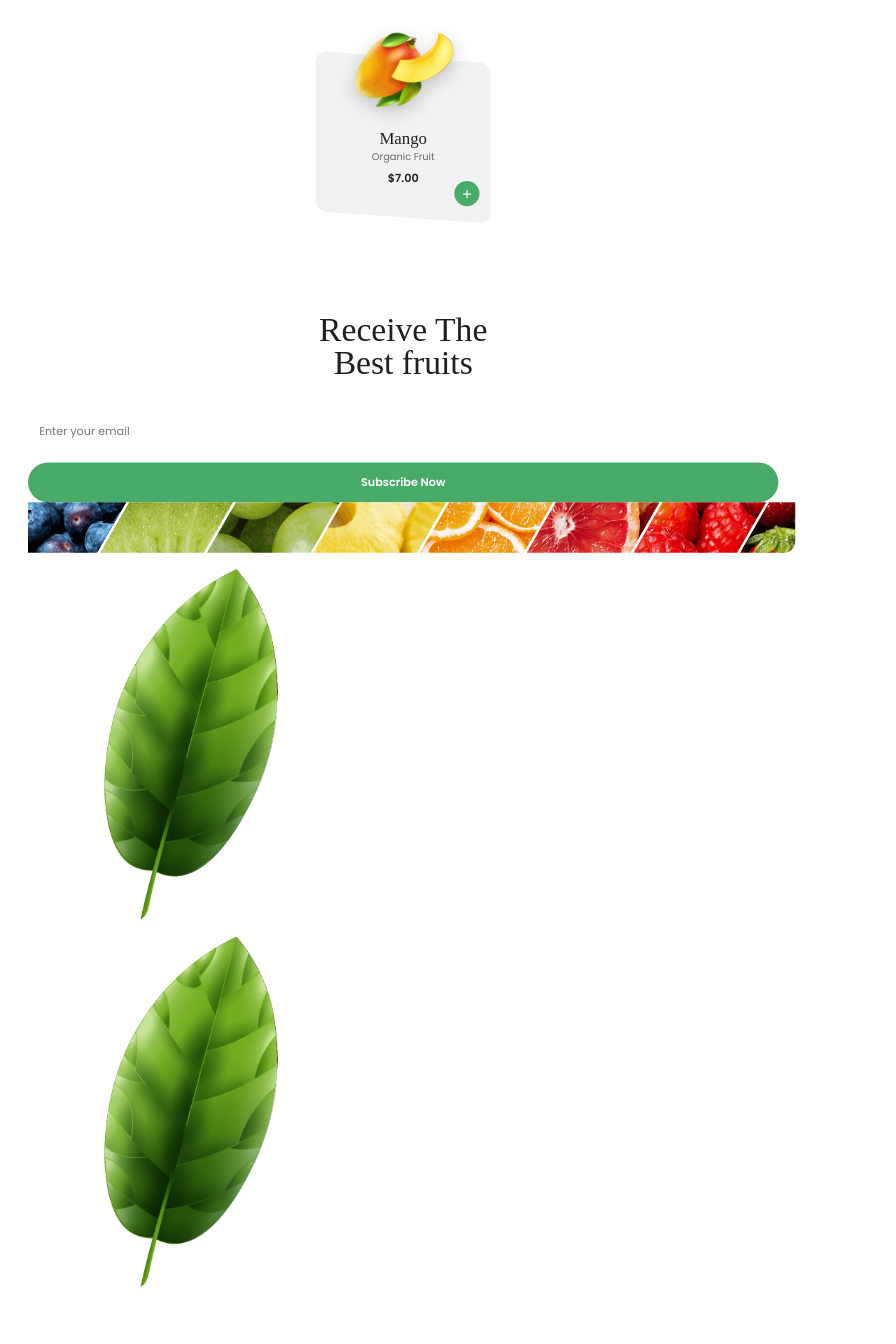
Repository: dinhhaidh/fruit
Page: index.html
The author's editor kept a copy of each file at every save. The page is drawn from the files as they stood at one save, then again after a run of saves.
The browser window is 1280 px wide. The pictures show the part of the page from y = 4181 to 6101 px (the page is 6101 px tall before and 6069 px after), at 70% of full size.
Some web fonts or font styles are not loaded; a fallback is used.

Above is the page before, as saved 2024-02-19 10:02:44.
Console error: ReferenceError: ScrollReveal is not defined

### index.html
<!DOCTYPE html>
<html lang="en">
<head>
    <meta charset="UTF-8">
    <meta name="viewport" content="width=device-width, initial-scale=1.0">

    <!--=============== FAVICON ===============-->
    <link rel="shortcut icon" href="assets/img/favicon.png" type="image/x-icon">

    <!--=============== REMIXICONS ===============-->
    <link rel="stylesheet" href="https://cdnjs.cloudflare.com/ajax/libs/remixicon/3.5.0/remixicon.css" crossorigin="">

    <!--=============== CSS ===============-->
    <link rel="stylesheet" href="./css/style.css">

    <title>Responsive fruit website - Bedimcode</title>
</head>
<body>
    <!--==================== HEADER ====================-->
    <header class="header" id="header">
        <nav class="nav container">
            <a href="#" class="nav__logo">
                <img src="./img/logo.png" alt=""> Fruit
            </a>
            <div class="nav__menu" id="nav-menu">
                <ul class="nav__list">
                    <li class="nav__item">
                        <a href="#Home" class="nav__link">Home</a>
                    </li>
                    <li class="nav__item">
                        <a href="#enjoy" class="nav__link">About Us</a>
                    </li>
                    <li class="nav__item">
                        <a href="#popular" class="nav__link">Popular</a>
                    </li>
                    <li class="nav__item">
                        <a href="#join" class="nav__link">Join Us</a>
                    </li>
                </ul>

                <a href="#" class="nav__close" id="nav-close">
                    <i class="ri-close-line"></i>
                </a>

                <img src="./img/branch-2.png" alt="" class="nav__img-1">
                <img src="./img/fruit-line-1.png" alt="" class="nav__img-2">
            </div>

            <div class="nav__buttons">

                <i class="ri-moon-line theme__button" id="theme-button"></i>

                <div class="nav__toggle" id="nav-toggle">
                    <i class="ri-apps-2-line"></i>
                </div>
            </div>
        </nav>
    </header>

    <!--==================== MAIN ====================-->
    <main class="main">
        <!--==================== HOME ====================-->
        <section class="home section" id="home">
            <div class="home__container container grid">
                <div class="home__data">
                    <h1 class="home__title">Enjoy The <br>
                        Best Fresh <br>
                        Fruits
                    </h1>
                    <p class="home__desc">Enjoy the best organic fruits harvested with the best possible quality, obtaining unique and delicious favours</p>
                    <img src="./img/fruit-line-2.png" alt="image" class="home__fruit">
                    <a href="#" class="button">
                        Order Fruit Now
                    </a>
                </div>
                <img src="./img/home-fruits.png" alt="image" class="home__img">
            </div>
            <img src="./img/branch-2.png" alt="image" class="home__branch">
        </section>

        <!--==================== ENJOY ====================-->
        <section class="enjoy section">
            <h2 class="section__title">Eat And Enjoy</h2>
            <div class="enjoy__container container grid">
                <article class="enjoy__card">
                    <div class="enjoy__bg"></div>

                    <img src="./img/enjoy-1.png" alt="" class="enjoy__img">
                    <h3 class="enjoy__title">Healthy</h3>
                    <span class="enjoy__subtitle">Tropical Fruit</span>
                </article>
                <article class="enjoy__card">
                    <div class="enjoy__bg"></div>

                    <img src="./img/enjoy-2.png" alt="" class="enjoy__img">
                    <h3 class="enjoy__title">Healthy</h3>
                    <span class="enjoy__subtitle">Tropical Fruit</span>
                </article>
                <article class="enjoy__card">
                    <div class="enjoy__bg"></div>

                    <img src="./img/enjoy-3.png" alt="" class="enjoy__img">
                    <h3 class="enjoy__title">Healthy</h3>
                    <span class="enjoy__subtitle">Tropical Fruit</span>
                </article>
            </div>
        </section>

        <!--==================== ABOUT US ====================-->
        <section class="about section" id="about">
            <div class="about__container container grid">
                <div class="about__data">
                    <h2 class="section__title">
                        We Provide <br>
                        Healthy Fruits
                    </h2>
                    <p class="about__desc">Lorem ipsum dolor sit amet, consectetur adipisicing elit. Iusto voluptatum officia non dolores illum, hic necessitatibus sit? Sapiente, voluptatem nisi!</p>
                    <a href="#" class="button">Know More</a>
                    <img src="./img/fruit-line-1.png" alt="image" class="about__fruit">
                </div>
                <img src="./img/about-fruits.png" alt="image" class="about__img">
            </div>
            <img src="./img/branch-1.png" alt="image" class="about__branch">

        </section>

        <!--==================== POPULAR ====================-->
        <section class="popular section" id="popular">
            <h2 class="section__title">Popular Fruits</h2>
            <div class="popular__container container grid">
                <article class="popular__card">
                    <div class="popular__bg"></div>

                    <img src="./img/popular-1.png" alt="" class="popular__img">
                    <h2 class="popular__title">Apple</h2>
                    <span class="popular__subtitle">Organic Fruit</span>
                    <h3 class="popular__price">$4.00</h3>
                    <a href="#" class="popular__button button">
                        <i class="ri-add-line"></i>
                    </a>
                </article>
                <article class="popular__card">
                    <div class="popular__bg"></div>

                    <img src="./img/popular-2.png" alt="" class="popular__img">
                    <h2 class="popular__title">Watermelon</h2>
                    <span class="popular__subtitle">Organic Fruit</span>
                    <h3 class="popular__price">$7.00</h3>
                    <a href="#" class="popular__button button">
                        <i class="ri-add-line"></i>
                    </a>
                </article>

                <article class="popular__card">
                    <div class="popular__bg"></div>

                    <img src="./img/popular-3.png" alt="" class="popular__img">
                    <h2 class="popular__title">Pineapple</h2>
                    <span class="popular__subtitle">Organic Fruit</span>
                    <h3 class="popular__price">$5.00</h3>
                    <a href="#" class="popular__button button">
                        <i class="ri-add-line"></i>
                    </a>
                </article>

                <article class="popular__card">
                    <div class="popular__bg"></div>

                    <img src="./img/popular-4.png" alt="" class="popular__img">
                    <h2 class="popular__title">Banana</h2>
                    <span class="popular__subtitle">Organic Fruit</span>
                    <h3 class="popular__price">$3.00</h3>
                    <a href="#" class="popular__button button">
                        <i class="ri-add-line"></i>
                    </a>
                </article>

                <article class="popular__card">
                    <div class="popular__bg"></div>

                    <img src="./img/popular-5.png" alt="" class="popular__img">
                    <h2 class="popular__title">Strawberry</h2>
                    <span class="popular__subtitle">Organic Fruit</span>
                    <h3 class="popular__price">$8.00</h3>
                    <a href="#" class="popular__button button">
                        <i class="ri-add-line"></i>
                    </a>
                </article>

                <article class="popular__card">
                    <div class="popular__bg"></div>

                    <img src="./img/popular-6.png" alt="" class="popular__img">
                    <h2 class="popular__title">Mango</h2>
                    <span class="popular__subtitle">Organic Fruit</span>
                    <h3 class="popular__price">$7.00</h3>
                    <a href="#" class="popular__button button">
                        <i class="ri-add-line"></i>
                    </a>
                </article>

            </div>
        </section>

        <!--==================== JOIN US ====================-->
        <section class="join section" id="join">
            <div class="join__container container grid">
                <div class="join__content grid">
                    <div class="join__data">
                        <h2 class="section__title">Receive The <br>
                            Best fruits
                        </h2>
                        <p class="join__desc">
                            Get up to date with the latest fruit harvests and information form us.
                        </p>
                        <form action="" class="join__form">
                            <input type="email" placeholder="Enter your email" class="join__input">
                            <a href="#" class="join__button button">Subscribe Now</a>
                        </form>
                        <img src="./img/join-bg.png" alt="image" class="join__bg">
                    </div>
                </div>
                <img src="./img/leaf.png" alt="" class="join__img-1">
                <img src="./img/leaf.png" alt="" class="join__img-2">
            </div>

        </section>
    </main>

    <!--==================== FOOTER ====================-->
    <footer class="footer">

    </footer>

    <!--========== SCROLL UP ==========-->


    <!--=============== SCROLLREVEAL ===============-->
    <script src=""></script>

    <script src="https://code.jquery.com/jquery-3.7.1.slim.min.js"></script>

    <!--=============== MAIN JS ===============-->
    <script src="./js/main.js"></script>
</body>
</html>

### css/style.css
/*=============== GOOGLE FONTS ===============*/
@import url("https://fonts.googleapis.com/css2?family=Cherry+Bomb+One&family=Poppins:wght@400;500;600&display=swap");

/*=============== VARIABLES CSS ===============*/
:root {
  --header-height: 3.5rem;

  /*========== Colors ==========*/
  /*Color mode HSL(hue, saturation, lightness)*/
  --first-color: hsl(140, 40%, 48%);
  --first-color-alt: hsl(140, 40%, 44%);
  --title-color: hsl(140, 4%, 12%);
  --text-color: hsl(140, 4%, 40%);
  --text-color-light: hsl(140, 4%, 64%);
  --white-color: hsl(0, 0%, 100%);
  --body-color: hsl(0, 0%, 100%);
  --container-color: hsl(0, 0%, 95%);
  --shadow-img: drop-shadow(0 8px 12px hsla(0, 0%, 0%, .2));
  --filter-img: invert(1);

  /*========== Font and typography ==========*/
  /*.5rem = 8px | 1rem = 16px ...*/
  --body-font: "Poppins", sans-serif;
  --second-font: "Cherry Bomb One", cursive;
  --biggest-font-size: 3rem;
  --big-font-size: 2rem;
  --h1-font-size: 1.5rem;
  --h2-font-size: 1.25rem;
  --h3-font-size: 1rem;
  --normal-font-size: .938rem;
  --small-font-size: .813rem;

  /*========== Font weight ==========*/
  --font-regular: 400;
  --font-medium: 500;
  --font-semi-bold: 600;

  /*========== z index ==========*/
  --z-tooltip: 10;
  --z-fixed: 100;
}

/*========== Responsive typography ==========*/
@media screen and (min-width: 1150px) {
  :root {
    --biggest-font-size: 5.5rem;
    --big-font-size: 3rem;
    --h1-font-size: 2.25rem;
    --h2-font-size: 1.5rem;
    --h3-font-size: 1.25rem;
    --normal-font-size: 1rem;
    --small-font-size: .875rem;
  }
}

/*=============== BASE ===============*/
* {
  box-sizing: border-box;
  padding: 0;
  margin: 0;
}

html {
  scroll-behavior: smooth;
}

body,
input,
button {
  font-family: var(--body-font);
  font-size: var(--normal-font-size);
}

body {
  background-color: var(--body-color);
  color: var(--text-color);
  transition: background-color .4s;
}

input,
button {
  border: none;
  outline: none;
}

h1, h2, h3, h4 {
  color: var(--title-color);
  font-weight: var(--font-medium);
  line-height: 100%;
}

ul {
  list-style: none;
}

a {
  text-decoration: none;
}

img {
  display: block;
  max-width: 100%;
  height: auto;
}

/*=============== THEME ===============*/


/*========== Variables Dark Theme ==========*/



/*==========
	Color changes in some parts of
	the website, in dark theme
==========*/


/*=============== REUSABLE CSS CLASSES ===============*/
.container {
  max-width: 1120px;
  margin-inline: 1.5rem;
}

.grid {
  display: grid;
  gap: 1.5rem;
}

.section {
  padding-block: 5rem 1rem;
}

.section__title {
  font-size: var(--big-font-size);
  font-family: var(--second-font);
  text-align: center;
  margin-bottom: 1rem;
}

.main {
  overflow: hidden; /* For animation ScrollReveal */
}

/*=============== HEADER & NAV ===============*/
.header{
    position: fixed;
    width: 100%;
    top: 0;
    left: 0;
    background-color: var(--body-color);
    z-index: var(--z-fixed);
    transition: box-shadow .4s, background-color .4s;
}
.nav{
    height: var(--header-height);
    display:flex;
    align-items: center;
    justify-content: space-between;
}
.nav__close,
.nav__toggle,
.nav__logo{
    display:flex;
    align-items: center;
    justify-content: center;
    color: var(--title-color);
}
.nav__logo{
    column-gap: 0.25rem;
    font-family: var(--second-font);
    font-size: var(--h3-font-size);
}
.nav__logo img {
    width: 1.25rem;
}
.nav__link{
    color: var(--title-color);
    font-weight: var(--font-semi-bold);
    transition: color .4s;
}
.nav__link:hover{
    color: var(--first-color);
}
.nav__buttons{
    display: flex;
    column-gap: 1rem;
}

/* Navigation for mobile devices */
@media screen and (max-width: 1150px) {
    .nav__menu{
        position: fixed;
        width: 100%;
        top: -100%;
        left: 0;
        background-color: var(--body-color);
        box-shadow:  0 2px 16px hsla(0, 0%, 0%, .1);
        z-index: var(--z-fixed);
        padding-block: 4.5rem;
        transition: top .4s;
    }
    .nav__close{
        position: absolute;
        top: 1.2rem;
        right: 1.5rem;
    }
    .nav__list{
        display: flex;
        flex-direction: column;
        row-gap: 2.5rem;
        text-align: center;
    }
    .nav__img-1,
    .nav__img-2{
        position: absolute;
        filter: var(--filter-img);
    }
    .nav__img-1{
        top: -2.5rem;
        width: 150px;
        rotate: 180deg;
        left: -3.5rem;
    }
    .nav__img-2{
        width: 50px;
        bottom: 2.5rem;
        right: 2.5rem;
    }
}


/* Show menu */
.show-menu{
    top: 0;
}

/* Add shadow header */


/* Active link */


/*=============== HOME ===============*/
.home{
    position: relative;
}

.container{
    margin-inline: 1rem;
}

.home__container {
    padding-top: 2.5rem;
    row-gap: 2rem;
}
.home__data{
    position: relative;
    text-align: center;
}
.home__title{
    font-size: var(--biggest-font-size);
    font-family: var(--second-font);
    margin-bottom: 1rem;
}
.home__desc{
    margin-bottom: 2rem;
}
.button{
    display: inline-block;
    background-color: var(--first-color);
    color: var(--white-color);
    padding: 1rem 2rem;
    border-radius: 4rem;
    font-weight: var(--font-semi-bold);
    transition: box-shadow .4s;
}
.button:hover{
    box-shadow: 0 8px 24px hsla(140, 40%, 48%, .3);
}
.home__fruit,
.home__branch{
    position: absolute;
    filter: var(--filter-img);

}
.home__fruit{
    width: 40px;
    top: 6.75rem;
    left: 1rem;
}
.home__img{
    width: 320px;
    justify-self: center;
    filter: var(--shadow-img);
}
.home__branch{
    width: 120px;
    right: -3rem;
    bottom: 15rem;
}

/*=============== BUTTON ===============*/


/*=============== ENJOY ===============*/
.enjoy{

}

.enjoy__container{

}

.enjoy__card{
    position: relative;
    text-align: center;
    padding: 1.5rem 2.5rem;
}
.enjoy__bg{
    background-color: var(--container-color);
    width: 100%;
    height: 100%;
    position: absolute;
    top: 0;
    left: 0;
    border-radius: 1rem;
    transform: skew(4deg);
    transition: background-color .4s;
    z-index: -1;
}
.enjoy__img{
    width: 120px;
    margin: 0 auto;
    filter: var(--shadow-img);
    transition: transform .4s;
}
.enjoy__img:hover{
    transform: translateX(-.25rem);
}
.enjoy__title{
    font-family: var(--second-font);
    font-size: var(--h1-font-size);
    margin-bottom: 0.25rem;
}
.enjoy__subtitle{
    font-size: var(--small-font-size);
}

/*=============== ABOUT ===============*/
.about{
    position: relative;
}

.about__data{
    position: relative;
    text-align: center;
}

.about__desc{
    margin-bottom: 2rem;
}

.about__fruit,
.about__branch{
    position: absolute;
    filter: var(--filter-img);

}
.about__fruit{
    bottom: 2rem;
    right: 1rem;
    width: 40px;
}
.about__img{
    box-shadow: var(--shadow-img);
    width: 320px;
    justify-self: center;
}
.about__branch{
    width: 120px;
    bottom: 15rem;
    rotate: 60deg;
    left: -3.5rem;
}

/*=============== POPULAR ===============*/
.popular{

}

.popular__container{
    padding-top: 6rem;
    grid-template-columns: 250px;
    justify-content: center;
    row-gap: 6rem;
}

.popular__card{
    position: relative;
    text-align: center;
    padding-block: 6.5rem 3rem;
}
.popular__bg{
    width: 100%;
    height: 100%;
    position: absolute;
    top: 0;
    left: 0;
    background-color: var(--container-color);
    z-index: -1;
    transform: skewY(4deg);
    border-radius: 1rem;
    transition: background-color .4s;
}
.popular__img{
    margin: 0 auto 0.75rem;
    width: 150px;
    position: absolute;
    top: -4rem;
    left: 0;
    right: 0;
    filter: var(--shadow-img);
    transition: .4s;
}
.popular__title{
    font-size: var(--h2-font-size);
    font-family: var(--second-font);
    margin-bottom: 0.25rem;
}
.popular__subtitle{
    margin-bottom: 0.75rem;
    display: block;
    font-size: var(--small-font-size);
}
.popular__price{
    font-size: var(--normal-font-size);
    font-weight: var(--font-semi-bold);
}
.popular__button{
    width: 36px;
    height: 36px;
    padding: 8px;
    color: var(--white-color);
    place-items: center;
    font-size: 1.25rem;
    cursor: pointer;
    display: grid;
    font-weight: inherit;
    position: absolute;
    right: 1rem;
    bottom: 1rem;
}



/*=============== JOIN ===============*/
.join{

}

.join__container{
    position: relative;
    padding-bottom: 4rem;
}

.join__content{
    position: relative;
    padding: 2.5rem 1.5rem;
    row-gap: 2rem;
    border-radius: 1rem;
    overflow: hidden;
}
.join__content::after{
    content: "";

}
.join__data,
.join__desc{
    text-align: center;
    color: var(--white-color)
}
.join__data{

}
.join__desc{

}
.join__form{
    display: grid;
    row-gap: 0.75rem;
}
.join__input{
    padding: 1.25rem 1rem;
}
.join__button{

}
.join__bg{
    position: absolute;
    width: 100%;
    height: 100%;
    object-fit: cover;
    object-position: left;
}
.button{

}
.join__img-1,
.join__img-2{
    /* position: absolute; */
}
.join__img-1{

}
.join__img-2{

}

/*=============== FOOTER ===============*/


/*=============== SCROLL BAR ===============*/


/*=============== SCROLL UP ===============*/


/* Show Scroll Up */


/*=============== BREAKPOINTS ===============*/
/* For small devices */


/* For medium devices */


/* For large devices */

### js/main.js
$(document).ready(function () {
  $("#nav-toggle").click(function(){
    $("#nav-menu").addClass("show-menu");
  });
  $("#nav-close").click(function(){
    $("#nav-menu").removeClass("show-menu");
  });
  $("#nav__link").click(function(){
    $('.active-link').removeClass("show-menu");
  });

  // khi kích vào nav__link nó sẽ ẳn đi
  $('.nav__item a').click(function(){
    $("#nav-menu").removeClass("show-menu");
  });
  //
  $(window).scroll(function(){
    $("#header").toggleClass("shadow-header", $(this).scrollTop() >= 50);
    $("#scroll-up").toggleClass("show-scroll", $(this).scrollTop() >= 350);

    // // active-link //
    // $('.active-link').addClass('nav__menu');

    /*=============== SCROLL SECTIONS ACTIVE LINK ===============*/
const sections = document.querySelectorAll('section[id]')

const scrollActive = () =>{
  	const scrollDown = window.scrollY

	sections.forEach(current =>{
		const sectionHeight = current.offsetHeight,
            sectionTop = current.offsetTop - 58,
            sectionId = current.getAttribute('id'),
            sectionsClass = document.querySelector('.nav__menu a[href*=' + sectionId + ']')

		if(scrollDown > sectionTop && scrollDown <= sectionTop + sectionHeight){
			sectionsClass.classList.add('active-link')
		}else{
			sectionsClass.classList.remove('active-link')
		}
	})
}
window.addEventListener('scroll', scrollActive)
  });
});


// dark-theme
$(document).ready( function(){
  $('#theme-button').click( function () {
      $('body').toggleClass('dark-theme');
      $('.ri-moon-line').toggleClass('ri-sun-line');
  });
});
//

/*=============== SCROLL REVEAL ANIMATION ===============*/
const sr = ScrollReveal({
  origin: 'top',
  distance: '60px',
  duration: 2500,
  delay: 400,
  // reset: true
})
sr.reveal(`.home__data, .join__container, .footer__container`) //hiệu ứng trên xuống
sr.reveal(`.home__img`,{origin: 'bottom'})
sr.reveal(`.enjoy__card, .popular__card`,{interval: 100}) //hiệu ứng trêm xuống lần lần từng giây
sr.reveal(`.about__data`,{origin: 'right'})
sr.reveal(`.about__img`,{origin: 'left'})

After the next 7 saves:
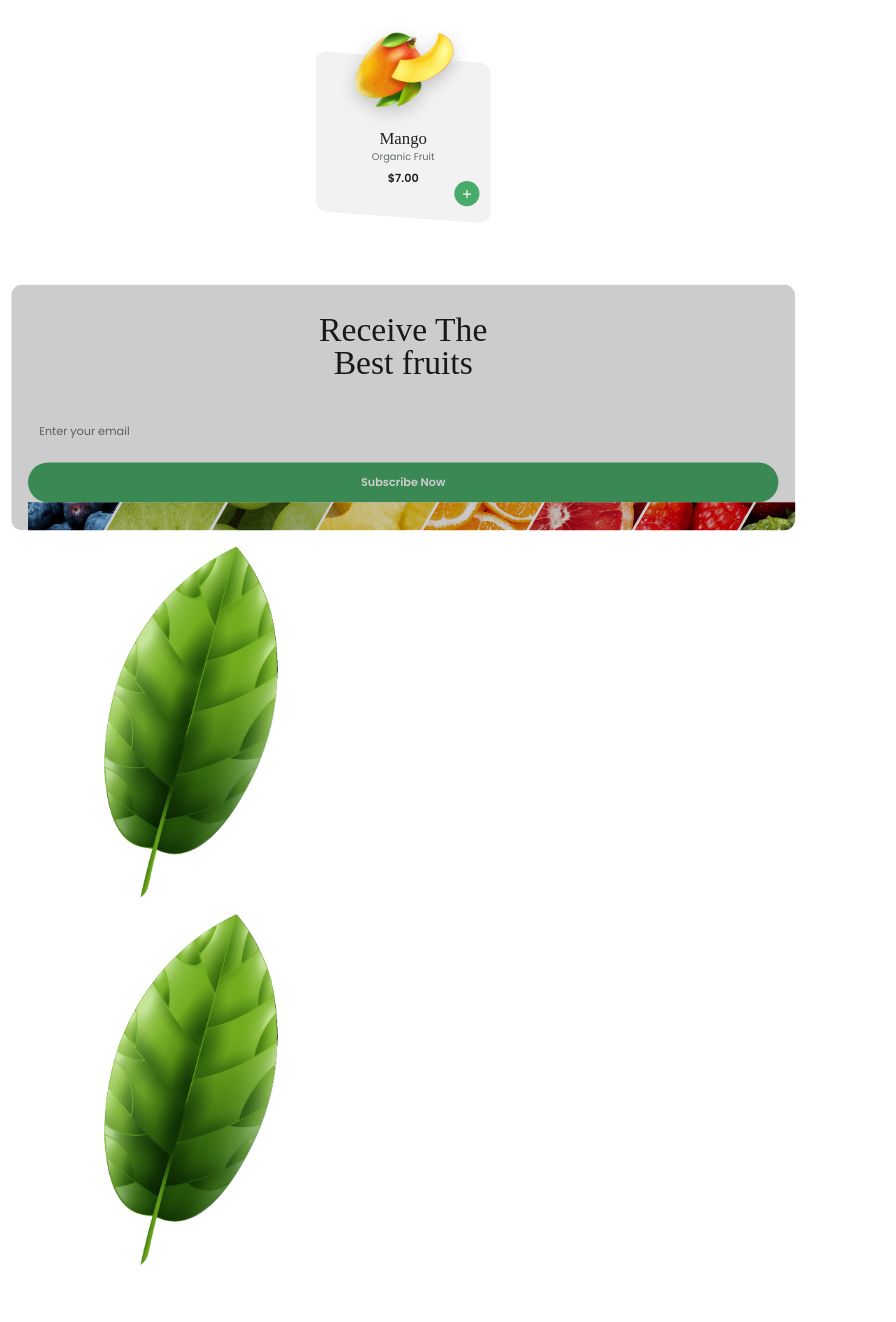
The 7 saves are shown as one change because they came seconds apart.
The last was saved 19 s later.
--- a/css/style.css
+++ b/css/style.css
@@ -473,7 +473,10 @@ img {
 }
 .join__content::after{
     content: "";
-
+    width: 100%;
+    height: 100%;
+    position: absolute;
+    background-color: hsla(0, 0%, 0%, .2);
 }
 .join__data,
 .join__desc{
